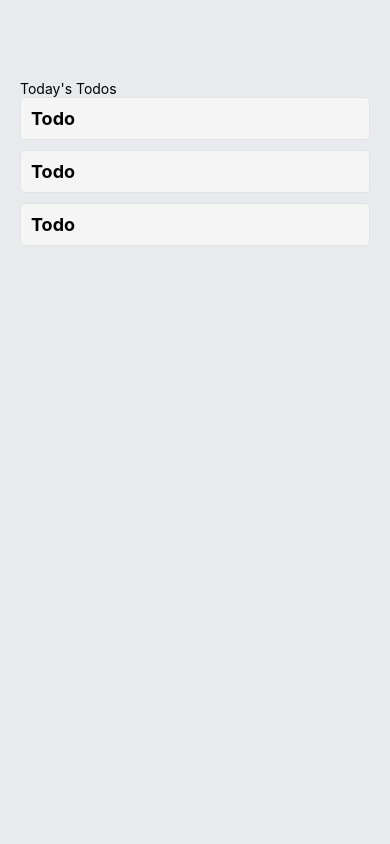
Repository: lomelo-x/ToDo-App
Screen: / (app in todo-app/)
These files come from the project's save history. The screen is drawn as it stood at one moment and after a run of saves; the edit follows.
The app was drawn by React Native's web renderer in a window 390 px wide. The project was rebuilt for these pictures with package versions that can differ from the ones it lists, and the page was loaded fresh each time.

Above is the screen before, as saved 2022-06-17 19:19:13.

### todo-app/App.js
import { StatusBar } from 'expo-status-bar';
import { StyleSheet, Text, View } from 'react-native';
import Todo from './components/Todo';

export default function App() {
	return (
		<View style={styles.container}>
			{/* Todays Todos */}
			<View style={styles.todoContainer}>
				<Text style={styles.sectionTitle}>Today's Todos</Text>
				<View style={styles.itemsContainer}>
					<Todo />
					<Todo />
					<Todo />
				</View>
			</View>
		</View>
	);
}

const styles = StyleSheet.create({
	container: {
		flex: 1,
		backgroundColor: '#E8EAED',
	},
	todoContainer: {
		paddingTop: 80,
		paddingHorizontal: 20,
	},
	sectionTitle: {},
	itemsContainer: {},
});

### todo-app/components/Todo.js
import React from 'react';
import { View, Text, StyleSheet } from 'react-native';

const Todo = () => {
	return (
		<View style={styles.todo}>
			<Text style={styles.todoText}>Todo</Text>
		</View>
	);
};

const styles = StyleSheet.create({
	todo: {
		backgroundColor: '#f5f5f5',
		padding: 10,
		marginBottom: 10,
		borderRadius: 5,
		borderWidth: 1,
		borderColor: '#e3e3e3',
	},
	todoText: {
		fontSize: 18,
		fontWeight: 'bold',
	},
});

export default Todo;

After the next 3 saves:
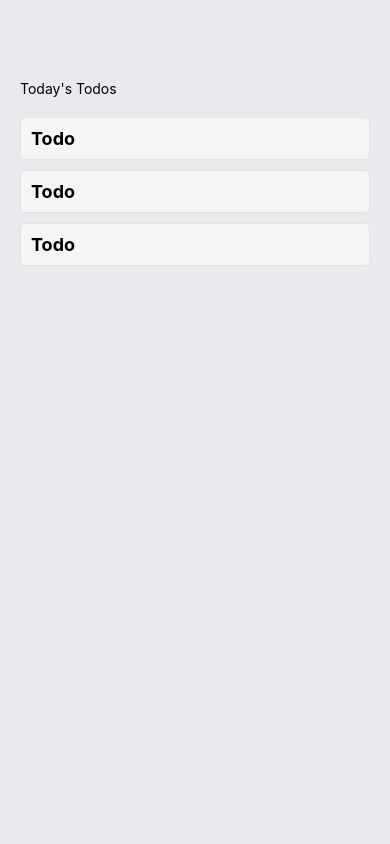
The 3 saves are shown as one change because they came seconds apart.
The last was saved 9 s later.
--- a/todo-app/App.js
+++ b/todo-app/App.js
@@ -28,5 +28,8 @@ const styles = StyleSheet.create({
 		paddingHorizontal: 20,
 	},
 	sectionTitle: {},
-	itemsContainer: {},
+	itemsContainer: {
+		marginTop: 20,
+
+	},
 });
